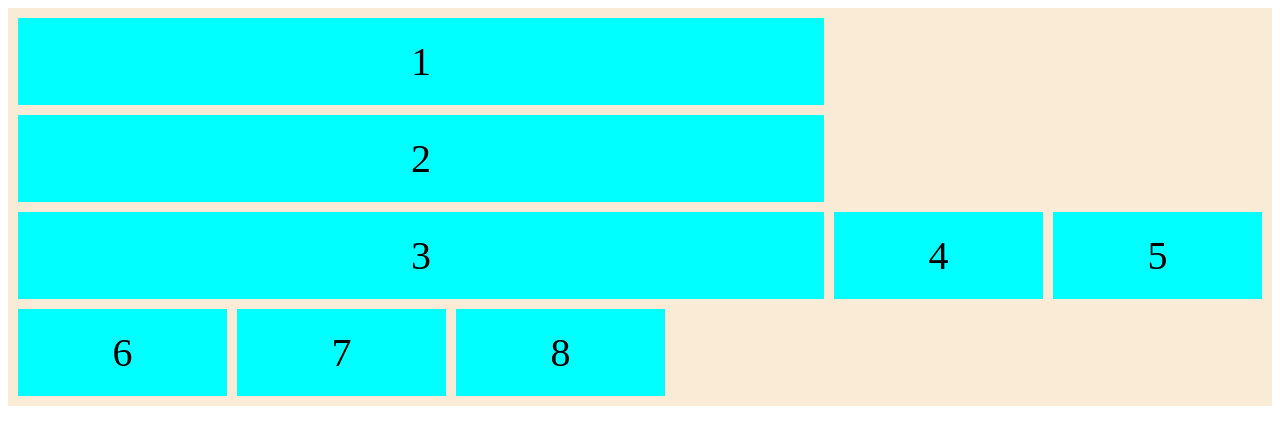
Repository: Thonghehe/Lab1_WEB106
Page: index11.html
These files come from the project's save history. The page is drawn as it stood at one moment and after the next save; the edit follows.
The browser window is 1280 px wide. The pictures show the whole page.

Above is the page before, as saved 2024-03-05 18:03:11.

After the next save:
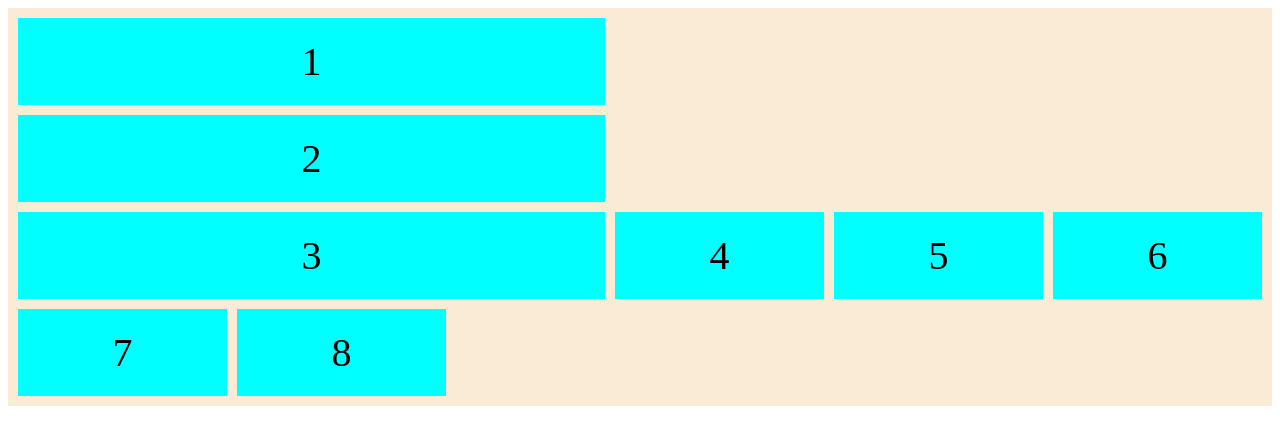
Saved 8 s later.
--- a/style.css
+++ b/style.css
@@ -16,5 +16,5 @@
 .item1,
 .item2,
 .item3 {
-    grid-column: 1/5;
+    grid-column: 1/4;
 }
